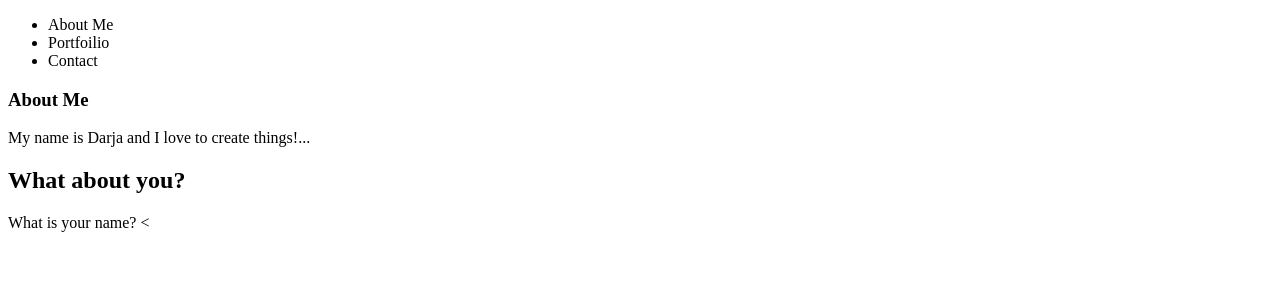
Repository: holyygreg/PortfolioProject
Page: code files/index.html
The author's editor kept a copy of each file at every save. The page is drawn from the files as they stood at one save, then again after a run of saves.
The browser window is 1280 px wide. The pictures show the whole page.

Above is the page before, as saved 2024-08-02 15:16:52.

### code files/index.html
<!DOCTYPE html>
<html lang="en">
<head>
    <meta charset="UTF-8">
    <meta name="viewport" content="width=device-width, initial-scale=1.0">
    <title>Document</title>
</head>

<body>
    <header>
        <nav>
            <ul>
                <li>About Me</li>
                <li>Portfoilio</li>
                <li>Contact</li>
            </ul>
        </nav>
    </header>

    <section>
        <article>
            <h1>About Me</h1>
            <p>My name is Darja and I love to create things!...</p>
        </article>
    </section>

    <section>
        <h2>What about you?</h2>
        <label>What is your name?</label>
        <
    </section>
</body>
</html>

After the next 2 saves:
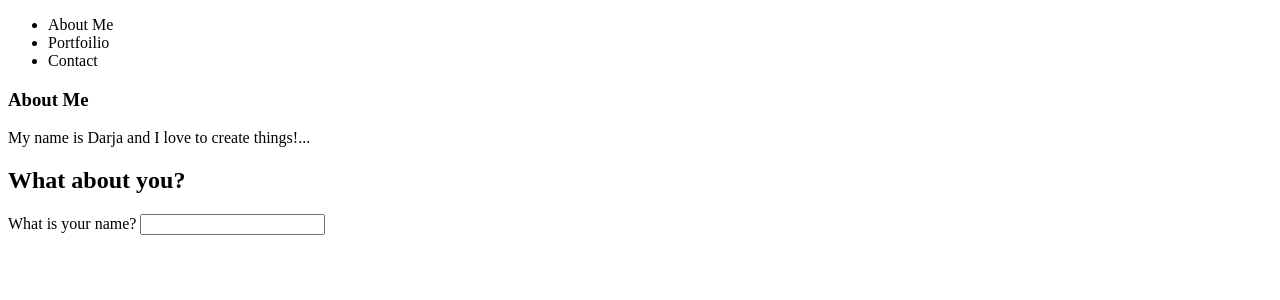
The 2 saves are shown as one change because they came seconds apart.
The last was saved 7 s later.
--- a/code files/index.html
+++ b/code files/index.html
@@ -27,7 +27,7 @@
     <section>
         <h2>What about you?</h2>
         <label>What is your name?</label>
-        <
+        <input />
     </section>
 </body>
 </html>
